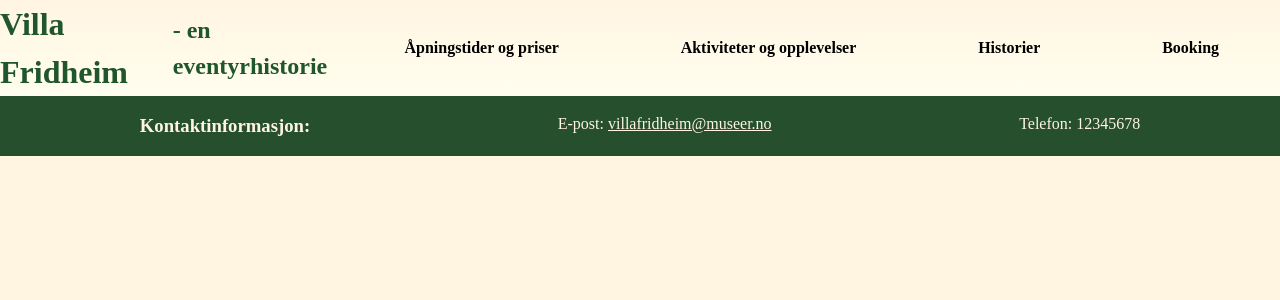
Repository: IdaHolmen/villa-fridheim
Page: src/stories.html
These files come from the project's save history. The page is drawn as it stood at one moment and after the next save; the edit follows.
The browser window is 1280 px wide. The pictures show the whole page.
Some web fonts or font styles are not loaded; a fallback is used.

Above is the page before, as saved 2024-10-12 17:17:31.

After the next save:
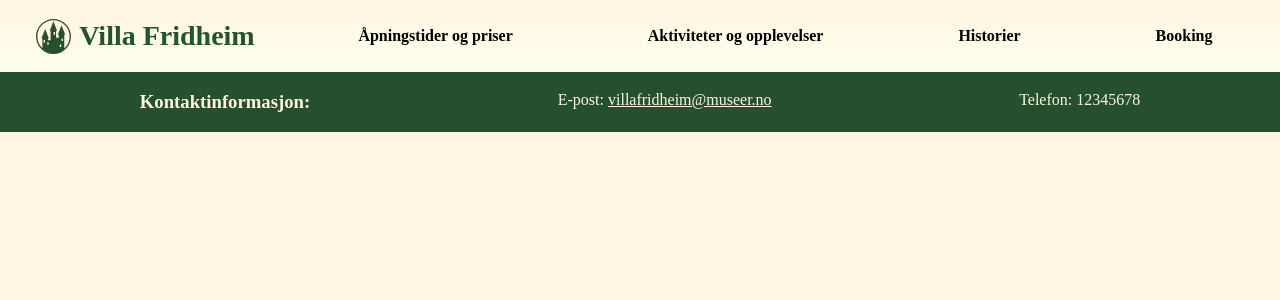
Saved 4 min 16 s later.
--- a/src/stories.html
+++ b/src/stories.html
@@ -13,8 +13,12 @@
     </head>
     <body>
         <header>
-            <h1>Villa Fridheim</h1>
-            <h2 id="sub-heading">- en eventyrhistorie</h2>
+            <div class="headline-container">
+                <a href="../index.html" id="home-button">
+                    <img src="../assets/villa-fridheim-logo.svg" alt="Omrisset av et eventyrslott" class="main-logo" />
+                    <h1 class="main-headline">Villa Fridheim</h1>
+                </a>
+            </div>
 
             <nav class="nav-bar">
                 <a href="../index.html" class="nav-link">Åpningstider og priser</a>
